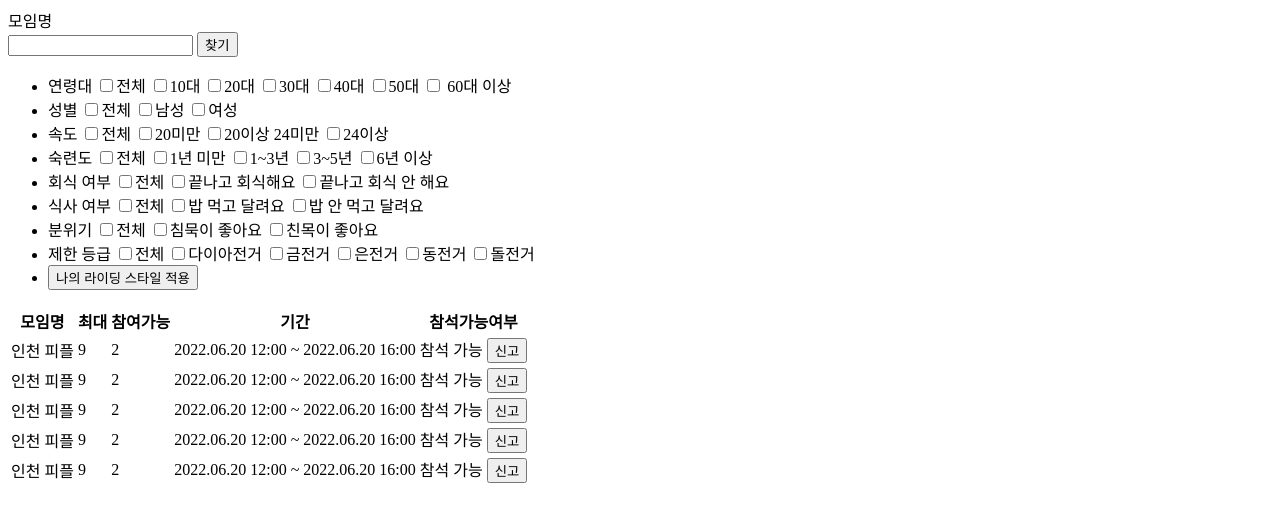
Repository: onpul/TEAM1
Page: http://localhost/Riding/mj/RidingList.jsp
These files come from the project's save history. The page is drawn as it stood at one moment and after the next save; the edit follows.
The browser window is 1280 px wide. The pictures show the whole page.
The page is served by Tomcat 9.

Above is the page before, as saved 2022-06-04 10:46:19.

After the next save:
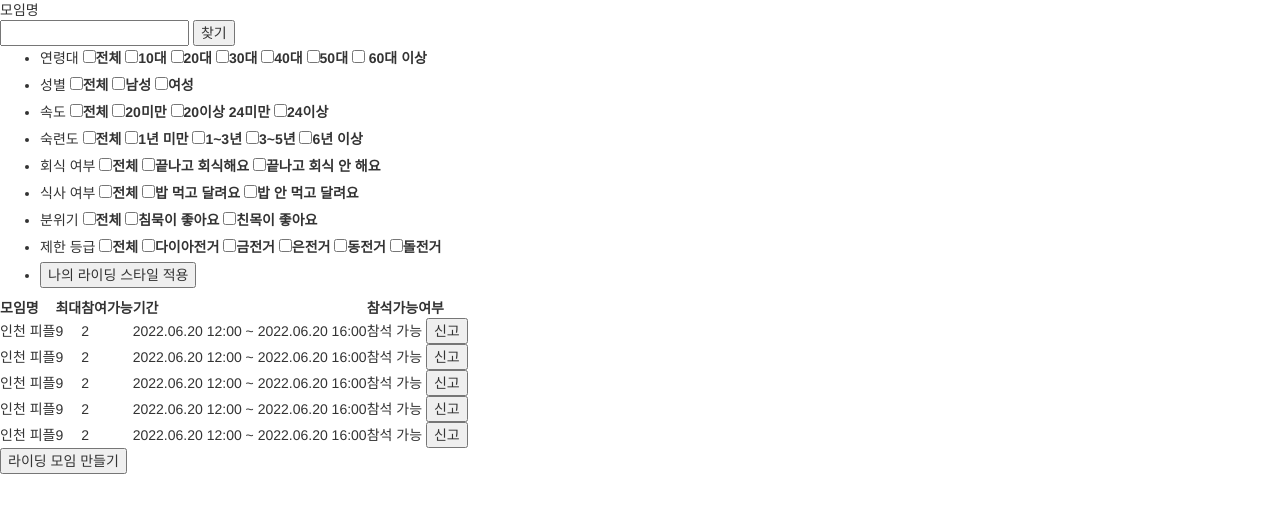
Saved 34 s later.
--- a/Riding/WebContent/mj/RidingList.jsp
+++ b/Riding/WebContent/mj/RidingList.jsp
@@ -7,7 +7,18 @@
 <html>
 <head>
 <meta charset="UTF-8">
-<title>Insert title here</title>
+<title>RidingList.jsp</title>
+<!-- 제이쿼리 -->
+<script src="https://ajax.googleapis.com/ajax/libs/jquery/3.3.1/jquery.min.js"></script>
+
+<!-- 합쳐지고 최소화된 최신 CSS -->
+<link rel="stylesheet" href="https://maxcdn.bootstrapcdn.com/bootstrap/3.3.2/css/bootstrap.min.css">
+
+<!-- 부가적인 테마 -->
+<link rel="stylesheet" href="https://maxcdn.bootstrapcdn.com/bootstrap/3.3.2/css/bootstrap-theme.min.css">
+
+<!-- 합쳐지고 최소화된 최신 자바스크립트 -->
+<script src="https://maxcdn.bootstrapcdn.com/bootstrap/3.3.2/js/bootstrap.min.js"></script>
 </head>
 <body>
 <div>
@@ -72,11 +83,13 @@
 </div>
 <div>
 	<table>
-		<th>모임명</th>
-		<th>최대</th>
-		<th>참여가능</th>
-		<th>기간</th>
-		<th>참석가능여부</th>
+		<tr>
+			<th>모임명</th>
+			<th>최대</th>
+			<th>참여가능</th>
+			<th>기간</th>
+			<th>참석가능여부</th>
+		</tr>
 		<tr>
 			<td>인천 피플</td>
 			<td>9</td>
@@ -123,6 +136,7 @@
 			</td>
 		</tr>
 	</table>
+	<input type="button" value="라이딩 모임 만들기"/>
 </div>
 </body>
 </html>
